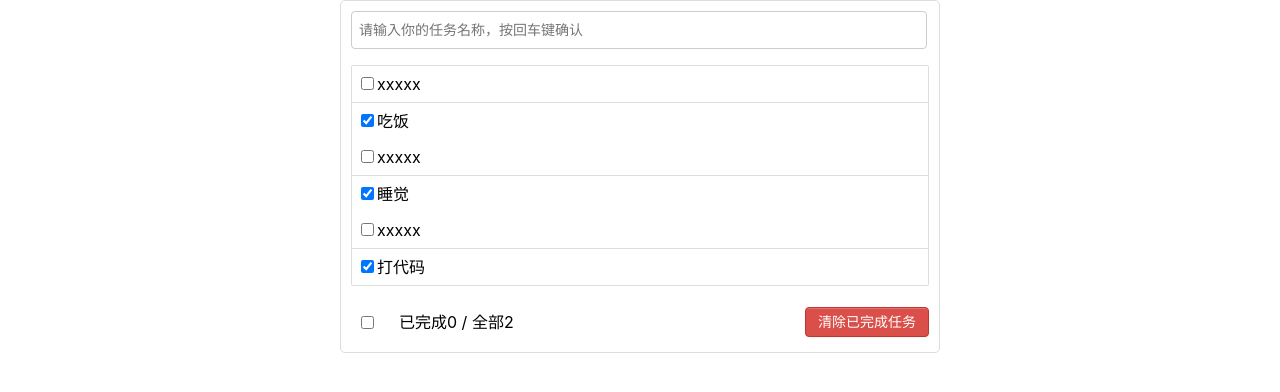
Repository: 0118Inory/react_bases
Page: /
An editor plug-in stored every save of this project. The page is shown before and after the next save, followed by the edit.
The browser window is 1280 px wide. The pictures show the whole page.
The project was rebuilt for these pictures with package versions that can differ from the ones it lists, and the page was loaded fresh each time.

Above is the page before, as saved 2022-03-01 11:06:22.

After the next save:
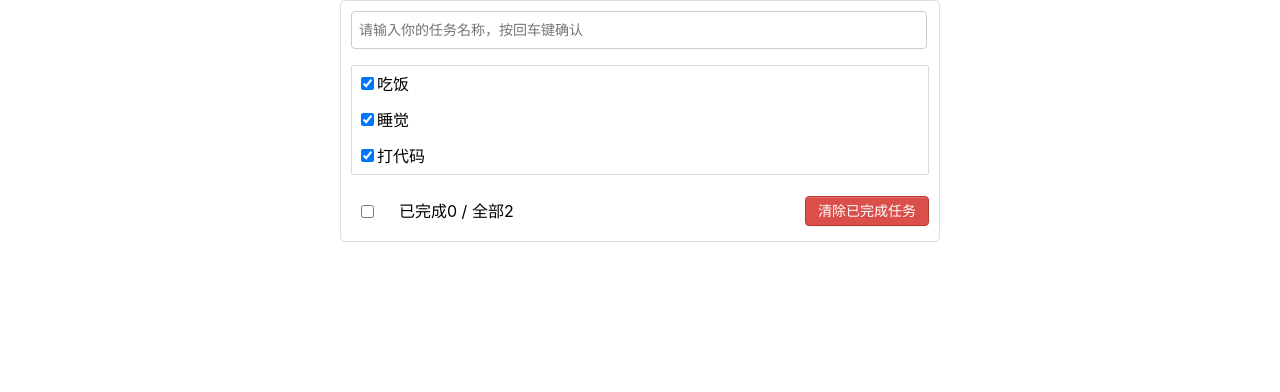
Saved 46 s later.
--- a/src/components/Item/index.jsx
+++ b/src/components/Item/index.jsx
@@ -6,15 +6,7 @@ export default class Item extends Component {
   render() {
     const{id,name,done}=this.props
     return (
-      <div>  <li>
-        <label>
-          <input type="checkbox" />
-          <span>xxxxx</span>
-        </label>
-        <button className="btn btn-danger" style={{ display: 'none' }}>
-          删除
-        </button>
-      </li>
+      <div>
         <li>
           <label>
             <input type="checkbox" defaultChecked={done}/>
